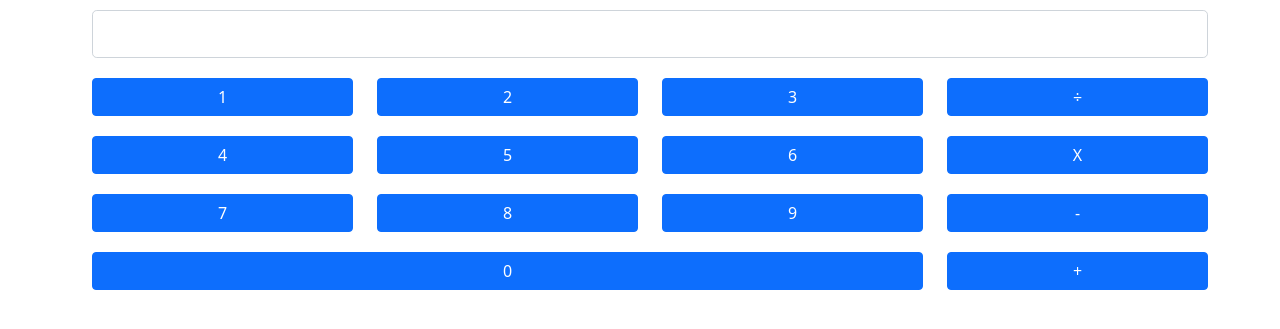
Repository: jsakdalan/CalculatorReactTypescript
Page: /
An editor plug-in stored every save of this project. The page is shown before and after the next save, followed by the edit.
The browser window is 1280 px wide. The pictures show the whole page.
The project was rebuilt for these pictures with package versions that can differ from the ones it lists, and the page was loaded fresh each time. Also part of the build but not shown: src/App.css.

Above is the page before, as saved 2022-06-07 16:05:23.

After the next save:
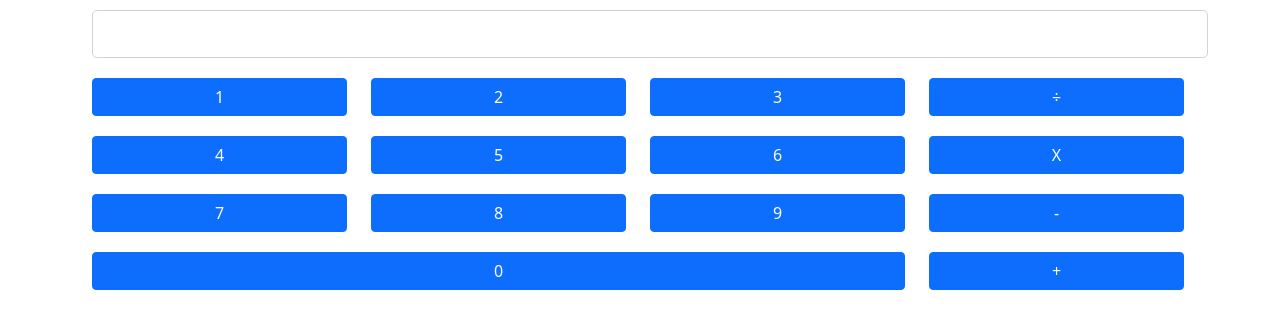
Saved 2 min 27 s later.
--- a/src/pages/Calculator.tsx
+++ b/src/pages/Calculator.tsx
@@ -44,26 +44,28 @@ export default function TextEditor(){
                     <Col><Screen styling="screen"/></Col>
                 </Row>
                 <Row>
-                    <Col><Buttons styling="numerical" btnNumber="1"/></Col>
-                    <Col><Buttons styling="numerical" btnNumber="2"/></Col>
-                    <Col><Buttons styling="numerical" btnNumber="3"/></Col>
-                    <Col><Buttons styling="operational" btnNumber="&#247;"/></Col>
-                </Row>
-                <Row>
-                    <Col><Buttons styling="numerical" btnNumber="4"/></Col>
-                    <Col><Buttons styling="numerical" btnNumber="5"/></Col>
-                    <Col><Buttons styling="numerical" btnNumber="6"/></Col>
-                    <Col><Buttons styling="operational" btnNumber="X"/></Col>
-                </Row>
-                <Row>
-                    <Col><Buttons styling="numerical" btnNumber="7"/></Col>
-                    <Col><Buttons styling="numerical" btnNumber="8"/></Col>
-                    <Col><Buttons styling="numerical" btnNumber="9"/></Col>
-                    <Col><Buttons styling="operational" btnNumber="-"/></Col>
-                </Row>
-                <Row>
-                    <Col md={9}><Buttons styling="numerical" btnNumber="0"/></Col>
-                    <Col><Buttons styling="numerical" btnNumber="+"/></Col>
+                    <Row>
+                        <Col><Buttons styling="numerical" btnNumber="1"/></Col>
+                        <Col><Buttons styling="numerical" btnNumber="2"/></Col>
+                        <Col><Buttons styling="numerical" btnNumber="3"/></Col>
+                        <Col><Buttons styling="operational" btnNumber="&#247;"/></Col>
+                    </Row>
+                    <Row>
+                        <Col><Buttons styling="numerical" btnNumber="4"/></Col>
+                        <Col><Buttons styling="numerical" btnNumber="5"/></Col>
+                        <Col><Buttons styling="numerical" btnNumber="6"/></Col>
+                        <Col><Buttons styling="operational" btnNumber="X"/></Col>
+                    </Row>
+                    <Row>
+                        <Col><Buttons styling="numerical" btnNumber="7"/></Col>
+                        <Col><Buttons styling="numerical" btnNumber="8"/></Col>
+                        <Col><Buttons styling="numerical" btnNumber="9"/></Col>
+                        <Col><Buttons styling="operational" btnNumber="-"/></Col>
+                    </Row>
+                    <Row>
+                        <Col md={9}><Buttons styling="numerical" btnNumber="0"/></Col>
+                        <Col><Buttons styling="numerical" btnNumber="+"/></Col>
+                    </Row>
                 </Row>
             </Container>
         </>
